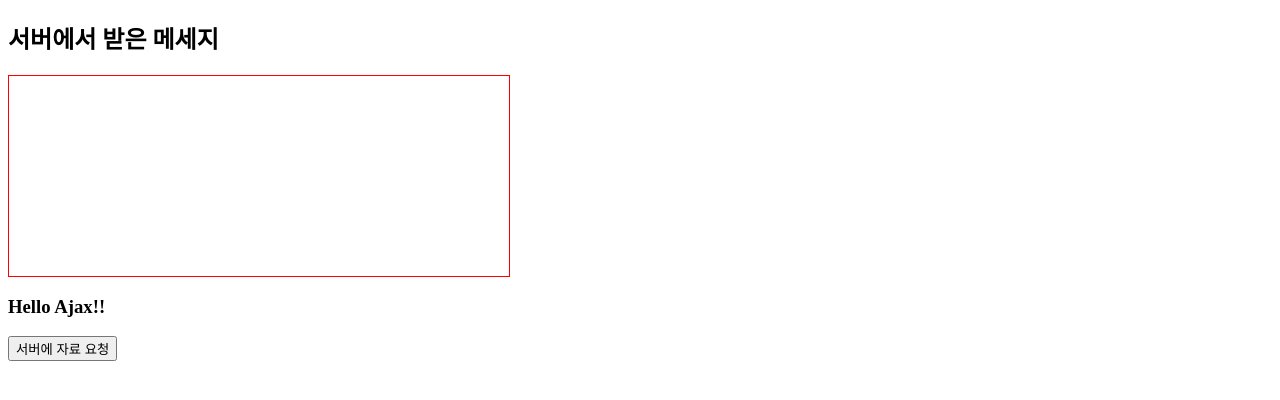
Repository: chopilyeon/JavaWeb
Page: LectureWeb/src/main/webapp/ajax/exam01.html
An editor plug-in stored every save of this project. The page is shown before and after the next save, followed by the edit.
The browser window is 1280 px wide. The pictures show the whole page.
After loading, the first visible `button` was clicked once.

Above is the page before, as saved 2022-05-31 02:50:02.

### LectureWeb/src/main/webapp/ajax/exam01.html
<!DOCTYPE html>
<html>
<head>
<meta charset="UTF-8">
<title>Insert title here</title>
<style>
	#msgView{
		width:500px;
		height:200px;
		border:1px solid red;
	}


</style>


<script src ="/LectureWeb/jquery/js/jquery-3.6.0.min.js"></script>
<!--절대경로로 작서앻주자  -->

<script>
$(document).ready(function(){
/*html 태그가 필요가 없음 -> 그냥 그 공간에만 html 문서를 붙이고 싶다 이거임. 요청을 클릭하면 글자만 가져 오고 싶다 화면의 일부분만을 수정하고 싶다! hello태그 전부를 다 긁어올 수도 있지만 그러면 너무 비효율적임 hello의 h3 태그만 가져오고 싶어!   */

	$('button').click(function(){
		/* httpRequest = new XMLHttpRequest();
		httpRequest.open('get','hello.html',true)
		 *//*이런식으로 하면 너무 불편함   */
		/*
			url  : 요청주소(문자열)
			type : 요청메소드(문자열)
			data : 파라미터(문자열, json 객체)
			success : 수신을 성공하는 경우(함수)
			error : 수신을 실패 (함수)
		*/

		/* $.ajax({
			url : 'hello.html'
			, success:function(){
				alert('성공')
			},error:function(){ //없는 파일을 url에 쓰면은 실패 뜸
				alert('실패')
			} */
			//type을 쓰지 않으면 무조건 get 방식임

			$.ajax({
			url : 'hello.html'
			, success:function(data){
		/* 		alert('data') */
				$('msgView').append(data)
			},error:function(){ //없는 파일을 url에 쓰면은 실패 뜸
				alert('실패')
			}








		})
		/*ajax 로 통신하고 싶으면 $.ajax 라고 쓰면됨 get방식 넘기려는 파라미터 url onreadystate status 이런거 필요함 !! 아무런 문제가 없다면    */
		/*json의 형태로 변수를 가지자~!*/
		/*ajax는 비동기 통신함  개발자 모드가서 network 가보자  */
	})


})
</script>



</head>
<body>
	<h2>서버에서 받은 메세지</h2>
 	<div id="msgView"></div>
 		<h3>Hello Ajax!!</h3>
 		<!-- 화면의 일부분을 수정하고 싶음  html을 다 가져오지 않음 hello Ajax 저게 들어오게 하고 싶어! -->
 	<button>서버에 자료 요청</button>

</body>
</html>

### LectureWeb/src/main/webapp/ajax/hello.html
<!DOCTYPE html>
<html>
<head>
<meta charset="UTF-8">
<title>Insert title here</title>
</head>
<body>
	<h3>hello</h3>
</body>
</html>

Loaded but not shown: LectureWeb/src/main/webapp/jquery/js/jquery-3.6.0.min.js (library)

After the next save:
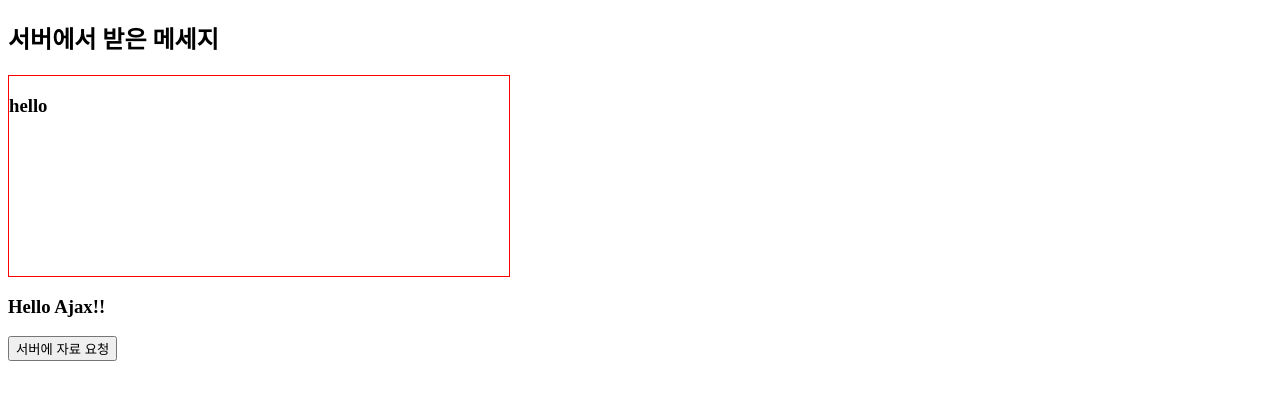
Saved 13 s later.
--- a/LectureWeb/src/main/webapp/ajax/exam01.html
+++ b/LectureWeb/src/main/webapp/ajax/exam01.html
@@ -46,7 +46,7 @@ $(document).ready(function(){
 			url : 'hello.html'
 			, success:function(data){
 		/* 		alert('data') */
-				$('msgView').append(data)
+				$('#msgView').append(data)
 			},error:function(){ //없는 파일을 url에 쓰면은 실패 뜸
 				alert('실패')
 			}
